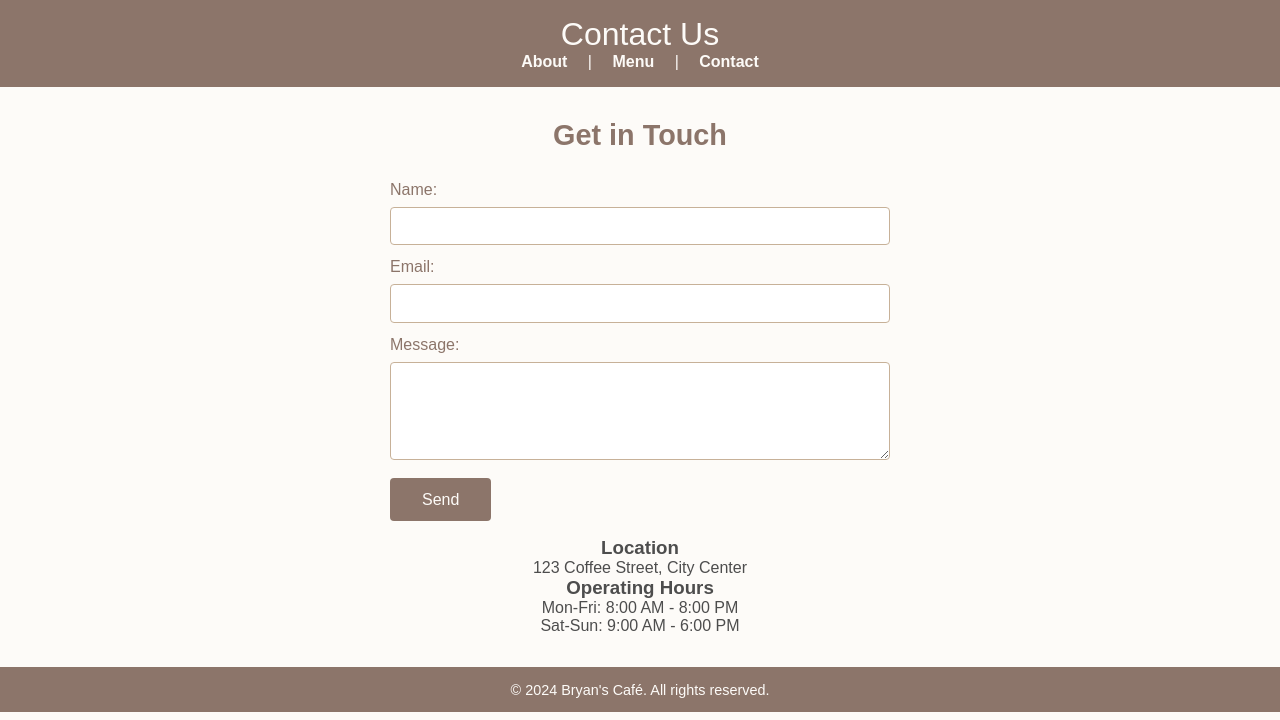
Repository: julianpedrazajf/bryancafe
Page: contact.html
The author's editor kept a copy of each file at every save. The page is drawn from the files as they stood at one save, then again after the next save.
The browser window is 1280 px wide. The pictures show the whole page.

Above is the page before, as saved 2024-11-02 22:12:47.

### contact.html
<!DOCTYPE html>
<html lang="en">
<head>
    <meta charset="UTF-8">
    <meta name="viewport" content="width=device-width, initial-scale=1.0">
    <title>Contact - Bryan's Café</title>
    <link rel="stylesheet" href="style.css">
</head>
<body>
    <header>
        <h1>Contact Us</h1>
        <nav>
            <a href="index.html">About</a> |
            <a href="menu.html">Menu</a> |
            <a href="contact.html">Contact</a>
        </nav>
    </header>

    <section id="contact">
        <h2>Get in Touch</h2>
        <form action="#" method="post">
            <label for="name">Name:</label>
            <input type="text" id="name" name="name" required>
            <label for="email">Email:</label>
            <input type="email" id="email" name="email" required>
            <label for="message">Message:</label>
            <textarea id="message" name="message" rows="5" required></textarea>
            <button type="submit">Send</button>
        </form>
        <h3>Location</h3>
        <p>123 Coffee Street, City Center</p>
        <h3>Operating Hours</h3>
        <p>Mon-Fri: 8:00 AM - 8:00 PM<br>Sat-Sun: 9:00 AM - 6:00 PM</p>
    </section>

    <footer>
        <p>© 2024 Bryan's Café. All rights reserved.</p>
    </footer>
</body>
</html>

### style.css
/* Basic Reset */
* {
    margin: 0;
    padding: 0;
    box-sizing: border-box;
}

/* Font Styling */
body {
    font-family: Arial, sans-serif;
    color: #4D4D4D; /* Dark grey for text */
    background-color: #FDFBF8; /* Light cream background */
}

/* Header Styling */
header {
    background-color: #8C756A; /* Warm brown */
    color: #FDFBF8; /* Light cream for text */
    padding: 1em;
    text-align: center;
}

header h1 {
    font-size: 2em;
    font-weight: normal;
}

nav a {
    color: #FDFBF8;
    margin: 0 1em;
    text-decoration: none;
    font-weight: bold;
}

nav a:hover {
    color: #C7B198; /* Soft green accent */
}

/* Section Styling */
section {
    padding: 2em;
    text-align: center;
}

h2 {
    color: #8C756A; /* Warm brown */
    font-size: 1.8em;
    margin-bottom: 1em;
}

/* About Section */
#about p {
    font-size: 1.2em;
    line-height: 1.6;
    max-width: 600px;
    margin: 1em auto;
}

/* Menu Section */
#menu ul {
    list-style: none;
    margin-top: 1em;
}

#menu li {
    font-size: 1.2em;
    margin: 0.5em 0;
}

/* Contact Section */
#contact form {
    max-width: 500px;
    margin: 1em auto;
    text-align: left;
}

#contact label {
    display: block;
    margin-bottom: 0.5em;
    color: #8C756A;
}

#contact input,
#contact textarea {
    width: 100%;
    padding: 0.8em;
    margin-bottom: 1em;
    border: 1px solid #C7B198; /* Soft green border */
    border-radius: 4px;
}

#contact button {
    background-color: #8C756A;
    color: #FDFBF8;
    padding: 0.8em 2em;
    border: none;
    border-radius: 4px;
    font-size: 1em;
    cursor: pointer;
}

#contact button:hover {
    background-color: #C7B198;
}

/* Footer Styling */
footer {
    background-color: #8C756A;
    color: #FDFBF8;
    padding: 1em;
    text-align: center;
    font-size: 0.9em;
}

footer p {
    margin: 0;
}

After the next save:
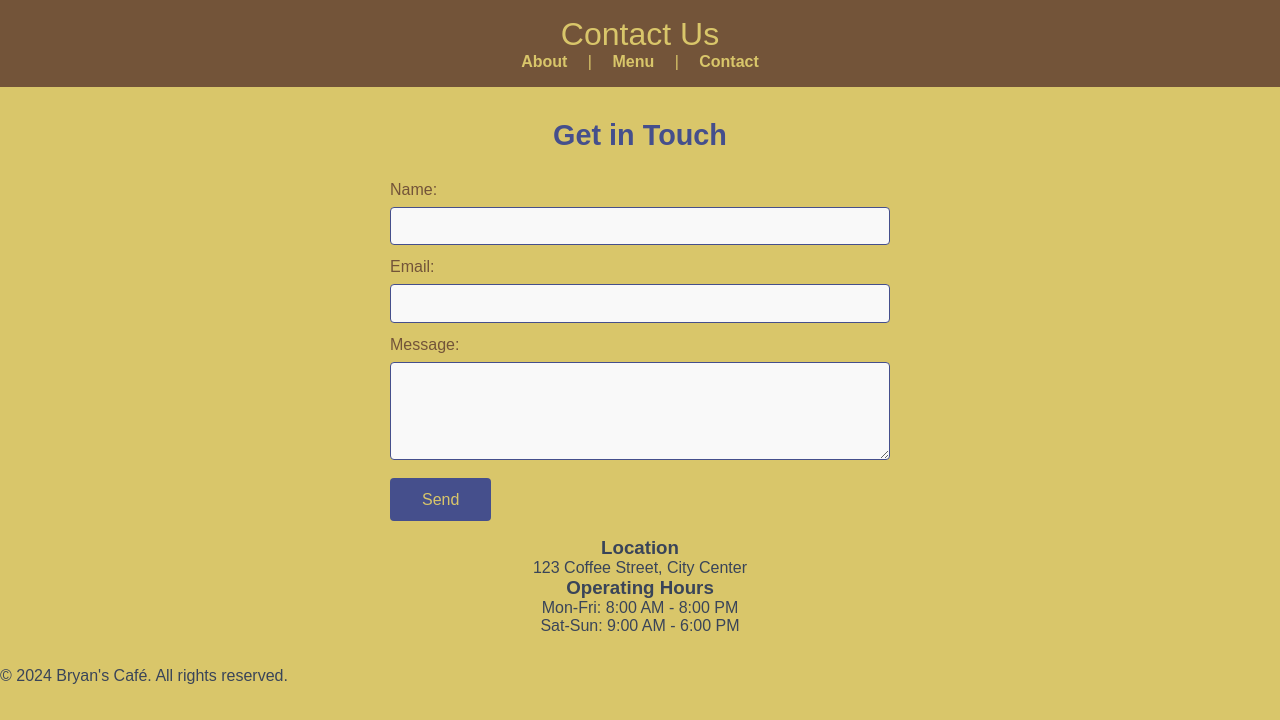
Saved 33 h 10 min later.
--- a/style.css
+++ b/style.css
@@ -8,14 +8,14 @@
 /* Font Styling */
 body {
     font-family: Arial, sans-serif;
-    color: #4D4D4D; /* Dark grey for text */
-    background-color: #FDFBF8; /* Light cream background */
+    color: #394459; /* Dark grey-blue for text */
+    background-color: #D9C66A; /* Light yellowish background */
 }
 
 /* Header Styling */
 header {
-    background-color: #8C756A; /* Warm brown */
-    color: #FDFBF8; /* Light cream for text */
+    background-color: #735439; /* Dark brown */
+    color: #D9C66A; /* Light yellow for text */
     padding: 1em;
     text-align: center;
 }
@@ -26,14 +26,14 @@
 }
 
 nav a {
-    color: #FDFBF8;
+    color: #D9C66A; /* Light yellow */
     margin: 0 1em;
     text-decoration: none;
     font-weight: bold;
 }
 
 nav a:hover {
-    color: #C7B198; /* Soft green accent */
+    color: #5A6B8C; /* Muted blue accent */
 }
 
 /* Section Styling */
@@ -43,7 +43,7 @@
 }
 
 h2 {
-    color: #8C756A; /* Warm brown */
+    color: #454F8C; /* Primary blue */
     font-size: 1.8em;
     margin-bottom: 1em;
 }
@@ -54,6 +54,7 @@
     line-height: 1.6;
     max-width: 600px;
     margin: 1em auto;
+    color: #394459; /* Dark grey-blue */
 }
 
 /* Menu Section */
@@ -65,6 +66,7 @@
 #menu li {
     font-size: 1.2em;
     margin: 0.5em 0;
+    color: #5A6B8C; /* Muted blue for menu items */
 }
 
 /* Contact Section */
@@ -77,7 +79,7 @@
 #contact label {
     display: block;
     margin-bottom: 0.5em;
-    color: #8C756A;
+    color: #735439; /* Dark brown */
 }
 
 #contact input,
@@ -85,13 +87,14 @@
     width: 100%;
     padding: 0.8em;
     margin-bottom: 1em;
-    border: 1px solid #C7B198; /* Soft green border */
+    border: 1px solid #454F8C; /* Blue border */
     border-radius: 4px;
+    background-color: #F9F9F9; /* Slightly lighter background */
 }
 
 #contact button {
-    background-color: #8C756A;
-    color: #FDFBF8;
+    background-color: #454F8C; /* Primary blue */
+    color: #D9C66A; /* Light yellow */
     padding: 0.8em 2em;
     border: none;
     border-radius: 4px;
@@ -100,18 +103,4 @@
 }
 
 #contact button:hover {
-    background-color: #C7B198;
-}
-
-/* Footer Styling */
-footer {
-    background-color: #8C756A;
-    color: #FDFBF8;
-    padding: 1em;
-    text-align: center;
-    font-size: 0.9em;
-}
-
-footer p {
-    margin: 0;
-}
+    background-color: #5A6
